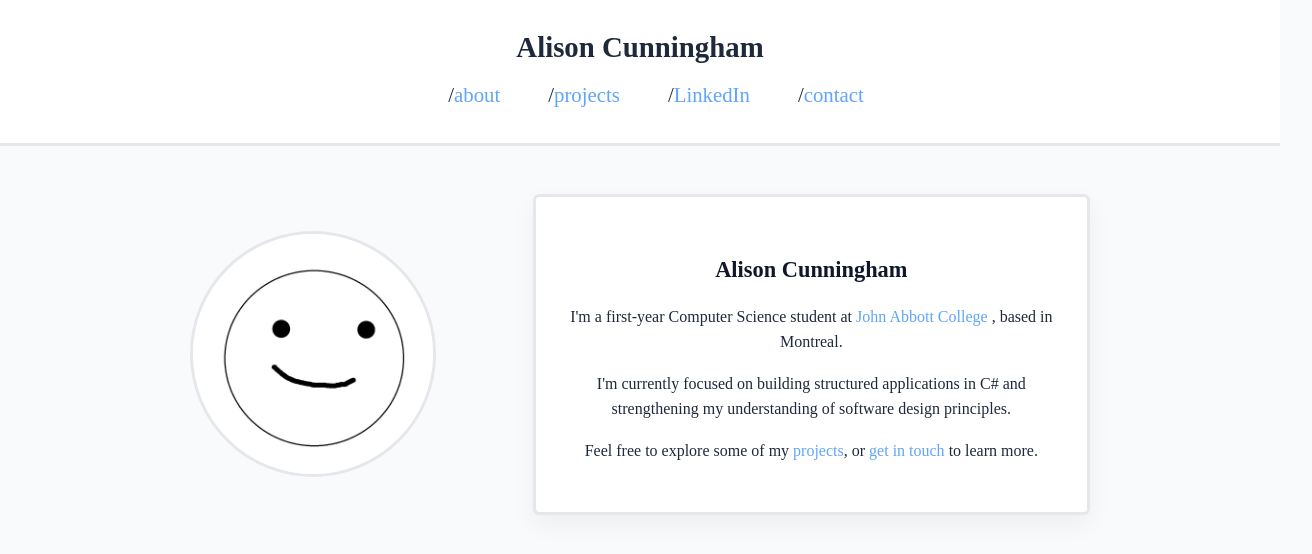
Repository: alison-cunningham/alison-cunningham
Page: index.html
These files come from the project's save history. The page is drawn as it stood at one moment and after the next save; the edit follows.
The browser window is 1280 px wide. The page is 1312 px wide, so the pictures cover 1312 px, including what lies to the right of the window. The pictures show the whole page.
Some web fonts or font styles are not loaded; a fallback is used.

Above is the page before, as saved 2026-04-22 14:51:10.

### index.html
<!DOCTYPE html>
<html lang="en">
<head>
    <meta charset="UTF-8" />
    <title>Alison Cunningham - Home Page</title>
    <meta name="viewport" content="width=device-width, initial-scale=1.0">
    <link rel="stylesheet" href="./styles/globals.css"/>
    <link rel="stylesheet" href="./styles/index.css" />
</head>

<body>
    <header>
        <h1>Alison Cunningham</h1>
        <div class="nav-bar">
            <a href="index.html">/<span class="hover-text">about</span></a>
            <a href="projects.html">/<span class="hover-text">projects</span></a>
            <a href="https://www.linkedin.com/in/alison-c-427578b5">/<span class="hover-text">LinkedIn</span></a>
            <a href="mailto:cunningham.alison.m@gmail.com">/<span class="hover-text">contact</span></a>
        </div>
    </header>

    <main>
        <img class="home-page-img" src="./assets/images/placeholder.jpg" alt="this is just a placeholder">

        <div class="about-me">
            <h3>Alison Cunningham</h3>
                <p>
        I'm a first-year Computer Science student at
        <a href="https://johnabbott.qc.ca/career-programs/computer-science-technology/" class="hover-text">
            John Abbott College
        </a>, based in Montreal.
    </p>

    <p>
        I'm currently focused on building structured applications in C# and strengthening my understanding of software design principles.
    </p>

    <p>
        Feel free to explore some of my <a href="projects.html" class="hover-text">projects</a>,
        or <a href="mailto:cunningham.alison.m@gmail.com" class="hover-text">get in touch</a> to learn more.
    </p>

        </div>


    </main>



</body>

</html>

### styles/globals.css
@font-face{
    font-family: 'Radio-Canada';
    src: url('../assets/fonts/Radio_Canada/RadioCanada-VariableFont_wdth\,wght.ttf')
}



body{
    font-family: 'Radio-Canada';

    background-color: #f8fafc;
    color: #1e293b;

    line-height: 1.6;
    font-size: 1rem;

    margin: 0;
}

a{
    text-decoration: none;
    color: inherit;
}

h3{
    font-size: 1.4rem;
    margin-bottom: 1rem;
    color: #0f172a;
}

### styles/index.css
header{
    width: 100%;
    padding: 1.5rem 0;

    background-color: #ffffff;
    border-bottom: .2rem solid #e5e7eb;

    display: flex;
    flex-direction: column;
    align-items: center;
    justify-content: center;

    font-size: 1.2rem;
}

header h1{
    font-size: 1.8rem;
    margin: 0;
}

.nav-bar{
    display: flex;
    gap: 3rem;

    width: 100%;
    overflow-x: auto;
    white-space:nowrap;
    justify-content: flex-start;

    padding: 0.5rem 1rem;
    margin-left: 2rem;

    font-size: 1.3rem;
}

.hover-text{
    color: #60a5fa;
    position: relative;
}

.hover-text:hover{
    color: #34d399;
}

.hover-text::after{
    content:"";
    position: absolute;
    left: 0;
    bottom: -2px;

    width: 0%;
    height: 2px;
    background: #34d399;
    transition: width 0.3s ease;

}

.hover-text:hover::after {
    width: 100%;
}

.home-page-img{
    display: block;
    width: 15rem;
    border: .2rem solid #e5e7eb;
    border-radius: 50%;

    transition: transform 0.3s ease;
}

.home-page-img:hover{
    transform: scale(1.03);
}

main{
    display: flex;
    flex-direction: column;

    align-items: center;
    justify-content: center;

    gap: 3rem;
    padding: 3rem 1.5rem;

    width: 100%;
    max-width: 900px;
    margin: 0 auto;
}

.about-me{

    padding: 2rem;
    background-color: #ffffff;

    border: .2rem solid #e5e7eb;
    border-radius: .4rem;

    box-shadow: 0 10px 25px rgba(0,0,0,0.05);
}


@media (min-width: 900px) {
  main {
    display: grid;
    grid-template-columns: 1fr 2fr;
    align-items: center;
    gap: 4rem;
    width: 100%;
  }

    .nav-bar {
        justify-content: center;
        overflow-x: visible;
    }

    .about-me {
        text-align: center;
    }
}

After the next save:
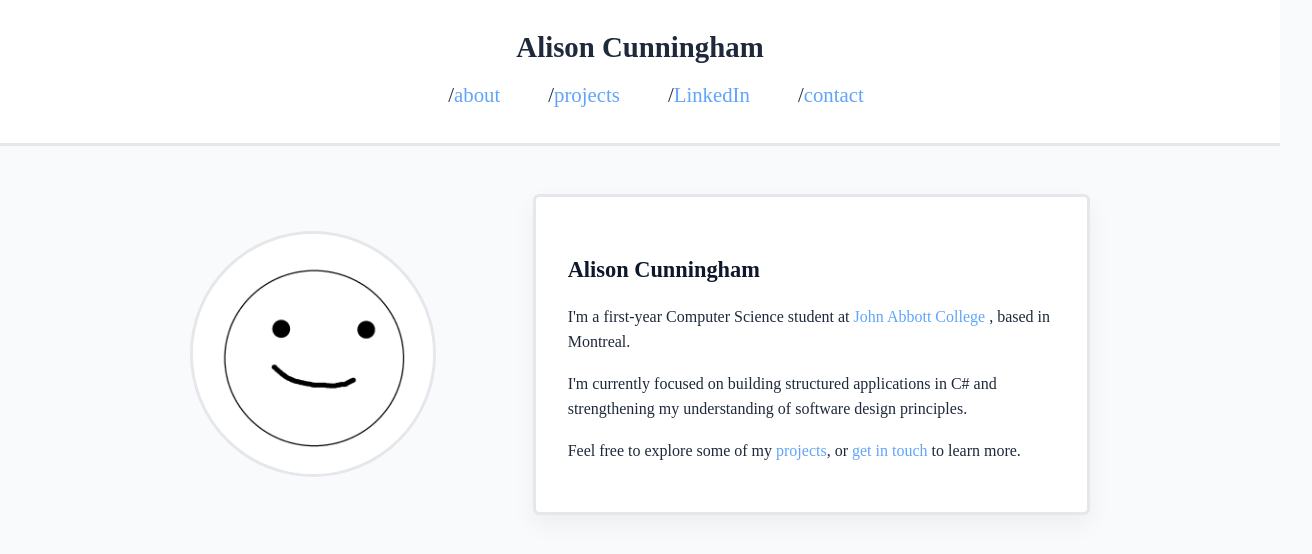
Saved 15 s later.
--- a/styles/index.css
+++ b/styles/index.css
@@ -113,7 +113,4 @@ main{
         overflow-x: visible;
     }
 
-    .about-me {
-        text-align: center;
-    }
 }
